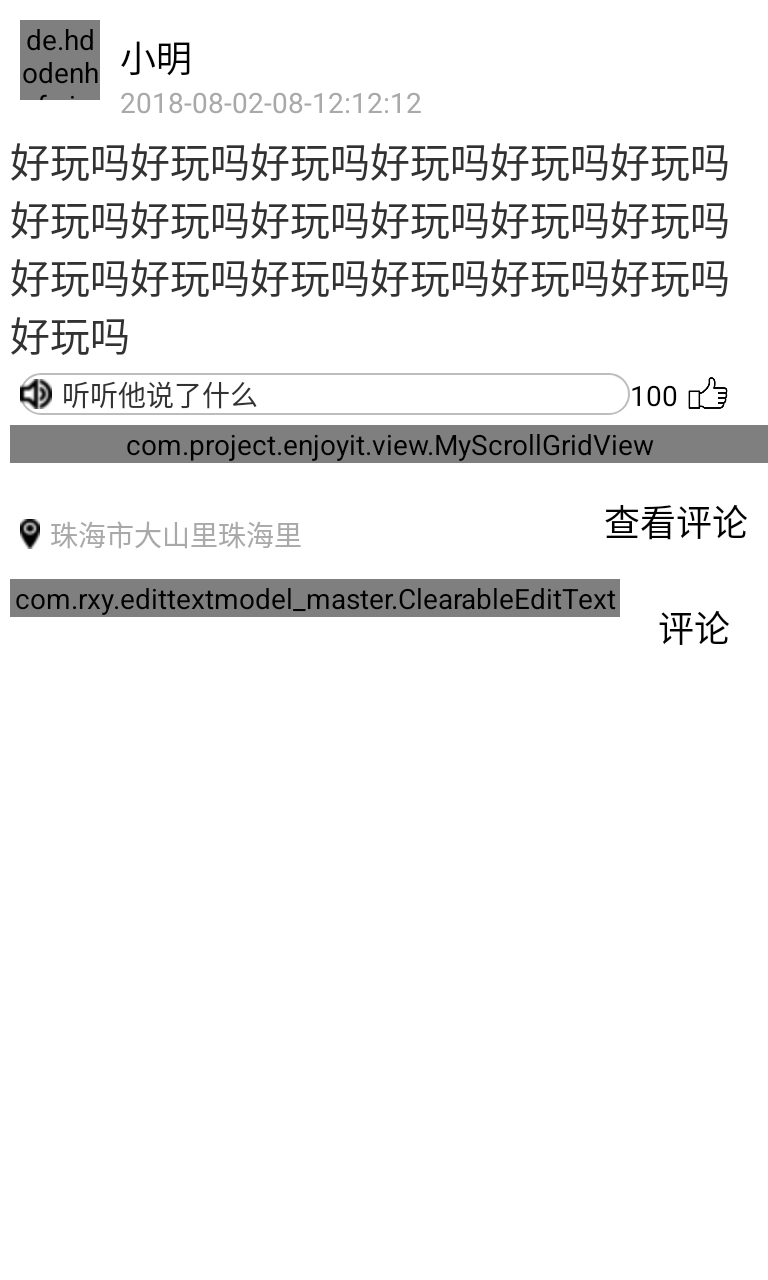
Repository: fatio/Nower
Layout: Android_Client_Source/EnjoyIt/res/layout/shows_list_item.xml
The author's editor kept a copy of each file at every save. The layout is drawn from the files as they stood at one save, then again after the next save.
Pictures or frames that could not be fetched are drawn as grey boxes. It is drawn on a 768 x 1280 px phone screen (xhdpi) without system bars, with theme AppTheme; the app's code is not run.

Above is the layout before, as saved 2015-12-27 07:30:14.

### Android_Client_Source/EnjoyIt/res/layout/shows_list_item.xml
<?xml version="1.0" encoding="utf-8"?>
<LinearLayout xmlns:android="http://schemas.android.com/apk/res/android"
    xmlns:tools="http://schemas.android.com/tools"
    xmlns:app="http://schemas.android.com/apk/res-auto"
    android:layout_width="match_parent"
    android:layout_height="match_parent"
    android:orientation="vertical" >

    <LinearLayout
        android:layout_width="match_parent"
        android:layout_height="wrap_content"
        android:orientation="horizontal" >

        <de.hdodenhof.circleimageview.CircleImageView
            android:id="@+id/civ_head_pic"
            android:layout_width="40dp"
            android:layout_height="40dp"
            android:layout_marginLeft="10dp"
            android:layout_marginTop="10dp"
            android:src="@drawable/head_cat"
            app:border_color="#FFEEEEEE"
            app:border_width="2dp" />

        <LinearLayout
            android:layout_width="wrap_content"
            android:layout_height="wrap_content"
            android:layout_marginLeft="10dp"
            android:layout_marginTop="15dp"
            android:orientation="vertical" >

            <TextView
                android:id="@+id/tv_username"
                android:layout_width="wrap_content"
                android:layout_height="wrap_content"
                android:text="小明"
                android:textColor="@drawable/white_show"
                android:textSize="18sp" />

            <TextView
                android:id="@+id/tv_time"
                android:layout_width="wrap_content"
                android:layout_height="wrap_content"
                android:text="2018-08-02-08-12:12:12"
                android:textColor="#a9a9a9" />
        </LinearLayout>
    </LinearLayout>

    <LinearLayout
        android:layout_width="match_parent"
        android:layout_height="wrap_content"
        android:layout_marginLeft="5dp"
        android:layout_marginRight="5dp"
        android:layout_marginTop="5dp"
        android:orientation="vertical" >

        <TextView
            android:id="@+id/tv_content"
            android:layout_width="match_parent"
            android:layout_height="wrap_content"
            android:autoLink="all"
            android:gravity="center|left"
            android:text="好玩吗好玩吗好玩吗好玩吗好玩吗好玩吗好玩吗好玩吗好玩吗好玩吗好玩吗好玩吗好玩吗好玩吗好玩吗好玩吗好玩吗好玩吗好玩吗"
            android:textSize="20sp" />
    </LinearLayout>

    <LinearLayout
        android:layout_width="match_parent"
        android:layout_height="wrap_content"
        android:layout_marginTop="5dp"
        android:orientation="horizontal" >

        <TextView
            android:id="@+id/tv_sound"
            android:layout_width="0dp"
            android:layout_height="wrap_content"
            android:layout_marginLeft="10dp"
            android:layout_weight="1"
            android:drawableLeft="@drawable/ic_sound_pause"
            android:drawablePadding="5dp"
            android:singleLine="true"
            android:text="听听他说了什么"
            android:background="@drawable/imageview_btn_item_selector" />

        <TextView
            android:id="@+id/tv_likes_num"
            android:layout_width="wrap_content"
            android:layout_height="wrap_content"
            android:gravity="center"
            android:text="100"
            android:textColor="@drawable/white_show" />

        <ImageView
            android:id="@+id/iv_like"
            android:layout_width="20dp"
            android:layout_height="20dp"
            android:layout_marginLeft="5dp"
            android:layout_marginRight="20dp"
            android:src="@drawable/ic_like" />
    </LinearLayout>

   <com.project.enjoyit.view.MyScrollGridView
        android:id="@+id/gv_images"
        android:layout_width="fill_parent"
        android:layout_height="wrap_content"
        android:layout_marginLeft="5dp"
        android:layout_marginTop="5dp"
        android:horizontalSpacing="3dp"
        android:numColumns="4"
        android:scrollbars="none"
        android:verticalSpacing="5dp" />


    <LinearLayout
        android:layout_width="match_parent"
        android:layout_height="wrap_content"
        android:layout_marginTop="5dp"
        android:orientation="horizontal" >

        <TextView
            android:id="@+id/tv_address"
            android:layout_width="0dp"
            android:layout_height="wrap_content"
            android:layout_marginLeft="10dp"
            android:layout_marginTop="5dp"
            android:layout_weight="1"
            android:drawableLeft="@drawable/ic_address"
            android:drawablePadding="5dp"
            android:ellipsize="marquee"
            android:singleLine="true"
            android:text="珠海市大山里珠海里"
            android:textColor="#a9a9a9"
            android:textIsSelectable="true" />

        <Button
            android:id="@+id/bt_show_comments"
            android:layout_width="wrap_content"
            android:layout_height="wrap_content"
            android:layout_marginRight="10dp"
            android:background="@null"
            android:text="查看评论"
            android:textColor="@drawable/white_show" />
    </LinearLayout>

    <LinearLayout
        android:id="@+id/ll_comments_container"
        android:layout_width="match_parent"
        android:layout_height="wrap_content"
        android:orientation="vertical"
        android:visibility="gone">

       <com.project.enjoyit.view.MyScrollListView
            android:id="@+id/lv_comments"
            android:layout_width="match_parent"
            android:layout_height="wrap_content"
            android:visibility="gone" />
       <Button
            android:id="@+id/bt_hide_comments"
            android:layout_width="wrap_content"
            android:layout_height="wrap_content"
            android:layout_marginRight="10dp"
            android:background="@null"
            android:text="隐藏评论"
            android:layout_gravity="right"
            android:textColor="@drawable/white_show" />

    </LinearLayout>

    <LinearLayout
        android:layout_width="match_parent"
        android:layout_height="wrap_content"
        android:layout_marginLeft="5dp"
        android:layout_marginRight="5dp"
        android:layout_marginTop="5dp"
        android:orientation="horizontal" >

        <com.rxy.edittextmodel_master.ClearableEditText
            android:id="@+id/cet_comment_text"
            android:layout_width="0dp"
            android:layout_height="wrap_content"
            android:layout_weight="1"
            android:hint="我也说一句" />

        <Button
            android:id="@+id/bt_comment"
            android:layout_width="wrap_content"
            android:layout_height="wrap_content"
            android:layout_marginLeft="5dp"
            android:background="@null"
            android:text="评论"
            android:textColor="@drawable/white_show" />
    </LinearLayout>

</LinearLayout>

### Android_Client_Source/EnjoyIt/res/values/styles.xml
<resources>
    <style name="like_toast_dialog_style">
        <item name="android:windowFrame">@null</item>
        <item name="android:windowIsFloating">true</item>
        <item name="android:windowIsTranslucent">true</item>
        <item name="android:windowNoTitle">true</item>
        <item name="android:backgroundDimEnabled">false</item>
        <item name="android:windowContentOverlay">@null</item>
        <item name="android:windowBackground">@drawable/round_background</item>
    </style>
    <style name="AnimBottom" parent="@android:style/Animation">
        <item name="android:windowEnterAnimation">@anim/push_bottom_in</item>
        <item name="android:windowExitAnimation">@anim/push_bottom_out</item>
    </style>

    <style name="PopupAnimation3" parent="android:Animation">
        <item name="android:windowEnterAnimation">@anim/push_bottom_in</item>
        <item name="android:windowExitAnimation">@anim/push_bottom_out</item>
    </style>

    <style name="PopupAnimation" mce_bogus="1" parent="android:Animation">
        <item name="android:windowEnterAnimation">@anim/activity_translate_in</item>
        <item name="android:windowExitAnimation">@anim/activity_translate_out</item>
    </style>

    <style name="PopupAnimation1" mce_bogus="1" parent="android:Animation">
        <item name="android:windowEnterAnimation">@anim/popup_enter</item>
        <item name="android:windowExitAnimation">@anim/popup_exit</item>
    </style>
    <!--
        Base application theme, dependent on API level. This theme is replaced
        by AppBaseTheme from res/values-vXX/styles.xml on newer devices.

    -->
    <style name="AppBaseTheme" parent="android:Theme.Light">
        <!--
            Theme customizations available in newer API levels can go in
            res/values-vXX/styles.xml, while customizations related to
            backward-compatibility can go here.

        -->
    </style>

    <!-- Application theme. -->
    <style name="AppTheme" parent="AppBaseTheme">
        <!-- All customizations that are NOT specific to a particular API-level can go here. -->
    </style>

</resources>

### Android_Client_Source/EnjoyIt/res/drawable/white_show.xml
<?xml version="1.0" encoding="utf-8"?>
<selector xmlns:android="http://schemas.android.com/apk/res/android">

    <item android:state_pressed="true" android:color="#ffffff"/>
    <item android:state_focused="true" android:color="#ffffff"/>
    <item android:color="#000000"/>

</selector>

### Android_Client_Source/EnjoyIt/res/drawable/imageview_btn_item_selector.xml
<?xml version="1.0" encoding="utf-8"?>
<selector xmlns:android="http://schemas.android.com/apk/res/android">

    <item android:drawable="@color/black2" android:state_pressed="true"><shape xmlns:android="http://schemas.android.com/apk/res/android">
            <solid android:color="#80858175" />

            <stroke android:width="2dip" android:color="#f5f5f5" />

            <corners android:radius="20dp" />
        </shape></item>
    <item android:state_pressed="false"><shape android:shape="rectangle">
            <solid android:color="#80858175" />

            <gradient android:angle="90" android:endColor="@color/white" android:startColor="@color/white" />

            <stroke android:width="1dip" android:color="#bdbdbd" />

            <corners android:radius="20dp" />
        </shape></item>

</selector><!--
solid设置填充颜色，颜色值以#80开头表示透明
stroke 设置边框宽度，颜色值
corners设置圆角
-->

### Android_Client_Source/EnjoyIt/res/values/colors.xml
<?xml version="1.0" encoding="utf-8" ?>
 <resources>
         <color name="bg_black">#000000</color>
    <color name="bg_white">#FFFFFF</color>
    <color name="bg_topbar">#FCFCFC</color>
    <color name="bg_gray">#00F1F1F1</color>
    <color name="bar_color">#232325</color>

    <color name="black2">#ffeeeeee</color>
    <color name="text_gray">#8D7A71</color>
    <color name="text_white">#FFFFFF</color>
    <color name="text_yellow">#FFC800</color>
    <color name="text_topbar">#694E42</color>
    <color name="div_white">#E5E5E5</color>
    <color name="puple">#d500f9</color>



 <color name="white">#ffffff</color><!--白色 -->
 <color name="ivory">#fffff0</color><!--象牙色 -->
 <color name="lightyellow">#ffffe0</color><!--亮黄色 -->
 <color name="yellow">#ffff00</color><!--黄色 -->
 <color name="snow">#fffafa</color><!--雪白色 -->
 <color name="floralwhite">#fffaf0</color><!--花白色 -->
 <color name="lemonchiffon">#fffacd</color><!--柠檬绸色 -->
 <color name="cornsilk">#fff8dc</color><!--米绸色 -->
 <color name="seaShell">#fff5ee</color><!--海贝色 -->
 <color name="lavenderblush">#fff0f5</color><!--淡紫红 -->
 <color name="papayawhip">#ffefd5</color><!--番木色 -->
 <color name="blanchedalmond">#ffebcd</color><!--白杏色 -->
 <color name="mistyrose">#ffe4e1</color><!--浅玫瑰色 -->
 <color name="bisque">#ffe4c4</color><!--桔黄色 -->
 <color name="moccasin">#ffe4b5</color><!--鹿皮色 -->
 <color name="navajowhite">#ffdead</color><!--纳瓦白 -->
 <color name="peachpuff">#ffdab9</color><!--桃色 -->
 <color name="gold">#ffd700</color><!--金色 -->
 <color name="pink">#ffc0cb</color><!--粉红色 -->
 <color name="lightpink">#ffb6c1</color><!--亮粉红色 -->
 <color name="orange">#ffa500</color><!--橙色 -->
 <color name="lightsalmon">#ffa07a</color><!--亮肉色 -->
 <color name="darkorange">#ff8c00</color><!--暗桔黄色 -->
 <color name="coral">#ff7f50</color><!--珊瑚色 -->
 <color name="hotpink">#ff69b4</color><!--热粉红色 -->
 <color name="tomato">#ff6347</color><!--西红柿色 -->
 <color name="orangered">#ff4500</color><!--红橙色 -->
 <color name="deeppink">#ff1493</color><!--深粉红色 -->
 <color name="fuchsia">#ff00ff</color><!--紫红色 -->
 <color name="magenta">#ff00ff</color><!--红紫色 -->
 <color name="red">#ff0000</color><!--红色 -->
 <color name="oldlace">#fdf5e6</color><!--老花色 -->
 <color name="lightgoldenrodyellow">#fafad2</color><!--亮金黄色 -->
 <color name="linen">#faf0e6</color><!--亚麻色 -->
 <color name="antiquewhite">#faebd7</color><!--古董白 -->
 <color name="salmon">#fa8072</color><!--鲜肉色 -->
 <color name="ghostwhite">#f8f8ff</color><!--幽灵白 -->
 <color name="mintcream">#f5fffa</color><!--薄荷色 -->
 <color name="whitesmoke">#f5f5f5</color><!--烟白色 -->
 <color name="beige">#f5f5dc</color><!--米色 -->
 <color name="wheat">#f5deb3</color><!--浅黄色 -->
 <color name="sandybrown">#f4a460</color><!--沙褐色 -->
 <color name="azure">#f0ffff</color><!--天蓝色 -->
 <color name="honeydew">#f0fff0</color><!--蜜色 -->
 <color name="aliceblue">#f0f8ff</color><!--艾利斯兰 -->
 <color name="khaki">#f0e68c</color><!--黄褐色 -->
 <color name="lightcoral">#f08080</color><!--亮珊瑚色 -->
 <color name="palegoldenrod">#eee8aa</color><!--苍麒麟色 -->
 <color name="violet">#ee82ee</color><!--紫罗兰色 -->
 <color name="darksalmon">#e9967a</color><!--暗肉色 -->
 <color name="lavender">#e6e6fa</color><!--淡紫色 -->
 <color name="lightcyan">#e0ffff</color><!--亮青色 -->
 <color name="burlywood">#deb887</color><!--实木色 -->
 <color name="plum">#dda0dd</color><!--洋李色 -->
 <color name="gainsboro">#dcdcdc</color><!--淡灰色 -->
 <color name="crimson">#dc143c</color><!--暗深红色 -->
 <color name="palevioletred">#db7093</color><!--苍紫罗兰色 -->
 <color name="goldenrod">#daa520</color><!--金麒麟色 -->
 <color name="orchid">#da70d6</color><!--淡紫色 -->
 <color name="thistle">#d8bfd8</color><!--蓟色 -->
 <color name="lightgray">#d3d3d3</color><!--亮灰色 -->
 <color name="lightgrey">#d3d3d3</color><!--亮灰色 -->
 <color name="tan">#d2b48c</color><!--茶色 -->
 <color name="chocolate">#d2691e</color><!--巧可力色 -->
 <color name="peru">#cd853f</color><!--秘鲁色 -->
 <color name="indianred">#cd5c5c</color><!--印第安红 -->
 <color name="mediumvioletred">#c71585</color><!--中紫罗兰色 -->
 <color name="silver">#c0c0c0</color><!--银色 -->
 <color name="darkkhaki">#bdb76b</color><!--暗黄褐色 -->
 <color name="rosybrown">#bc8f8f</color><!--褐玫瑰红 -->
 <color name="mediumorchid">#ba55d3</color><!--中粉紫色 -->
 <color name="darkgoldenrod">#b8860b</color><!--暗金黄色 -->
 <color name="firebrick">#b22222</color><!--火砖色 -->
 <color name="powderblue">#b0e0e6</color><!--粉蓝色 -->
 <color name="lightsteelblue">#b0c4de</color><!--亮钢兰色 -->
 <color name="paleturquoise">#afeeee</color><!--苍宝石绿 -->
 <color name="greenyellow">#adff2f</color><!--黄绿色 -->
 <color name="lightblue">#add8e6</color><!--亮蓝色 -->
 <color name="darkgray">#a9a9a9</color><!--暗灰色 -->
 <color name="darkgrey">#a9a9a9</color><!--暗灰色 -->
 <color name="brown">#a52a2a</color><!--褐色 -->
 <color name="sienna">#a0522d</color><!--赭色 -->
 <color name="darkorchid">#9932cc</color><!--暗紫色 -->
 <color name="palegreen">#98fb98</color><!--苍绿色 -->
 <color name="darkviolet">#9400d3</color><!--暗紫罗兰色 -->
 <color name="mediumpurple">#9370db</color><!--中紫色 -->
 <color name="lightgreen">#90ee90</color><!--亮绿色 -->
 <color name="darkseagreen">#8fbc8f</color><!--暗海兰色 -->
 <color name="saddlebrown">#8b4513</color><!--重褐色 -->
 <color name="darkmagenta">#8b008b</color><!--暗洋红 -->
 <color name="darkred">#8b0000</color><!--暗红色 -->
 <color name="blueviolet">#8a2be2</color><!--紫罗兰蓝色 -->
 <color name="lightskyblue">#87cefa</color><!--亮天蓝色 -->
 <color name="skyblue">#87ceeb</color><!--天蓝色 -->
 <color name="gray">#808080</color><!--灰色 -->
 <color name="grey">#808080</color><!--灰色 -->
 <color name="olive">#808000</color><!--橄榄色 -->
 <color name="purple">#800080</color><!--紫色 -->
 <color name="maroon">#800000</color><!--粟色 -->
 <color name="aquamarine">#7fffd4</color><!--碧绿色 -->
 <color name="chartreuse">#7fff00</color><!--黄绿色 -->
 <color name="lawngreen">#7cfc00</color><!--草绿色 -->
 <color name="mediumslateblue">#7b68ee</color><!--中暗蓝色 -->
 <color name="lightslategray">#778899</color><!--亮蓝灰 -->
 <color name="lightslategrey">#778899</color><!--亮蓝灰 -->
 <color name="slategray">#708090</color><!--灰石色 -->
 <color name="slategrey">#708090</color><!--灰石色 -->
 <color name="olivedrab">#6b8e23</color><!--深绿褐色 -->
 <color name="slateblue">#6a5acd</color><!--石蓝色 -->
 <color name="dimgray">#696969</color><!--暗灰色 -->
 <color name="dimgrey">#696969</color><!--暗灰色 -->
 <color name="mediumaquamarine">#66cdaa</color><!--中绿色 -->
 <color name="cornflowerblue">#6495ed</color><!--菊兰色 -->
 <color name="cadetblue">#5f9ea0</color><!--军兰色 -->
 <color name="darkolivegreen">#556b2f</color><!--暗橄榄绿 -->
 <color name="indigo">#4b0082</color><!--靛青色 -->
 <color name="mediumturquoise">#48d1cc</color><!--中绿宝石 -->
 <color name="darkslateblue">#483d8b</color><!--暗灰蓝色 -->
 <color name="steelblue">#4682b4</color><!--钢兰色 -->
 <color name="royalblue">#4169e1</color><!--皇家蓝 -->
 <color name="turquoise">#40e0d0</color><!--青绿色 -->
 <color name="mediumseagreen">#3cb371</color><!--中海蓝 -->
 <color name="limegreen">#32cd32</color><!--橙绿色 -->
 <color name="darkslategray">#2f4f4f</color><!--暗瓦灰色 -->
 <color name="darkslategrey">#2f4f4f</color><!--暗瓦灰色 -->
 <color name="seagreen">#2e8b57</color><!--海绿色 -->
 <color name="forestgreen">#228b22</color><!--森林绿 -->
 <color name="lightseagreen">#20b2aa</color><!--亮海蓝色 -->
 <color name="dodgerblue">#1e90ff</color><!--闪兰色 -->
 <color name="midnightblue">#191970</color><!--中灰兰色 -->
 <color name="aqua">#00ffff</color><!--浅绿色 -->
 <color name="cyan">#00ffff</color><!--青色 -->
 <color name="springgreen">#00ff7f</color><!--春绿色 -->
 <color name="lime">#00ff00</color><!--酸橙色 -->
 <color name="mediumspringgreen">#00fa9a</color><!--中春绿色 -->
 <color name="darkturquoise">#00ced1</color><!--暗宝石绿 -->
 <color name="deepskyblue">#00bfff</color><!--深天蓝色 -->
 <color name="darkcyan">#008b8b</color><!--暗青色 -->
 <color name="teal">#008080</color><!--水鸭色 -->
 <color name="green">#008000</color><!--绿色 -->
 <color name="darkgreen">#006400</color><!--暗绿色 -->
 <color name="blue">#0000ff</color><!--蓝色 -->
 <color name="mediumblue">#0000cd</color><!--中兰色 -->
 <color name="darkblue">#00008b</color><!--暗蓝色 -->
 <color name="navy">#000080</color><!--海军色 -->
 <color name="black">#000000</color><!--黑色 -->
 <color name="transparent">#0000</color><!-- 透明 -->
 <color name="transparent2">#8000</color><!-- 透明 -->
 <!-- 上传图片添加的颜色 -->
 <color name="none_color">#00000000</color>
 <color name="plugin_camera_black">#000000</color>
 <color name="albumback">#E1E0DE</color>


 <color name="style_red">#ff4c41</color>
 <color name="style_divider_color">#C9C7CD</color>
 </resources>

Loaded but not shown: Android_Client_Source/EnjoyIt/res/values-v11/styles.xml (common file); Android_Client_Source/EnjoyIt/res/values-v14/styles.xml (common file)

After the next save:
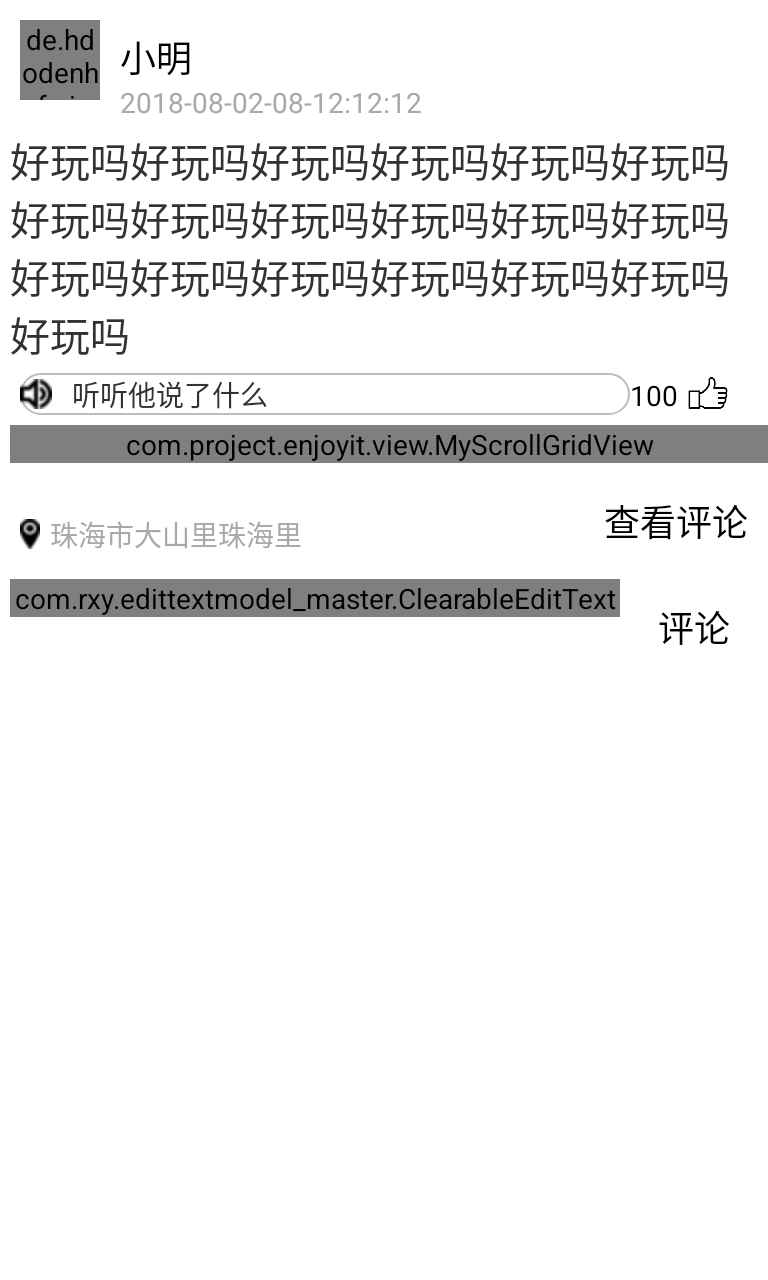
Saved 16 s later.
--- a/Android_Client_Source/EnjoyIt/res/layout/shows_list_item.xml
+++ b/Android_Client_Source/EnjoyIt/res/layout/shows_list_item.xml
@@ -76,7 +76,7 @@
             android:layout_marginLeft="10dp"
             android:layout_weight="1"
             android:drawableLeft="@drawable/ic_sound_pause"
-            android:drawablePadding="5dp"
+            android:drawablePadding="10dp"
             android:singleLine="true"
             android:text="听听他说了什么"
             android:background="@drawable/imageview_btn_item_selector" />
